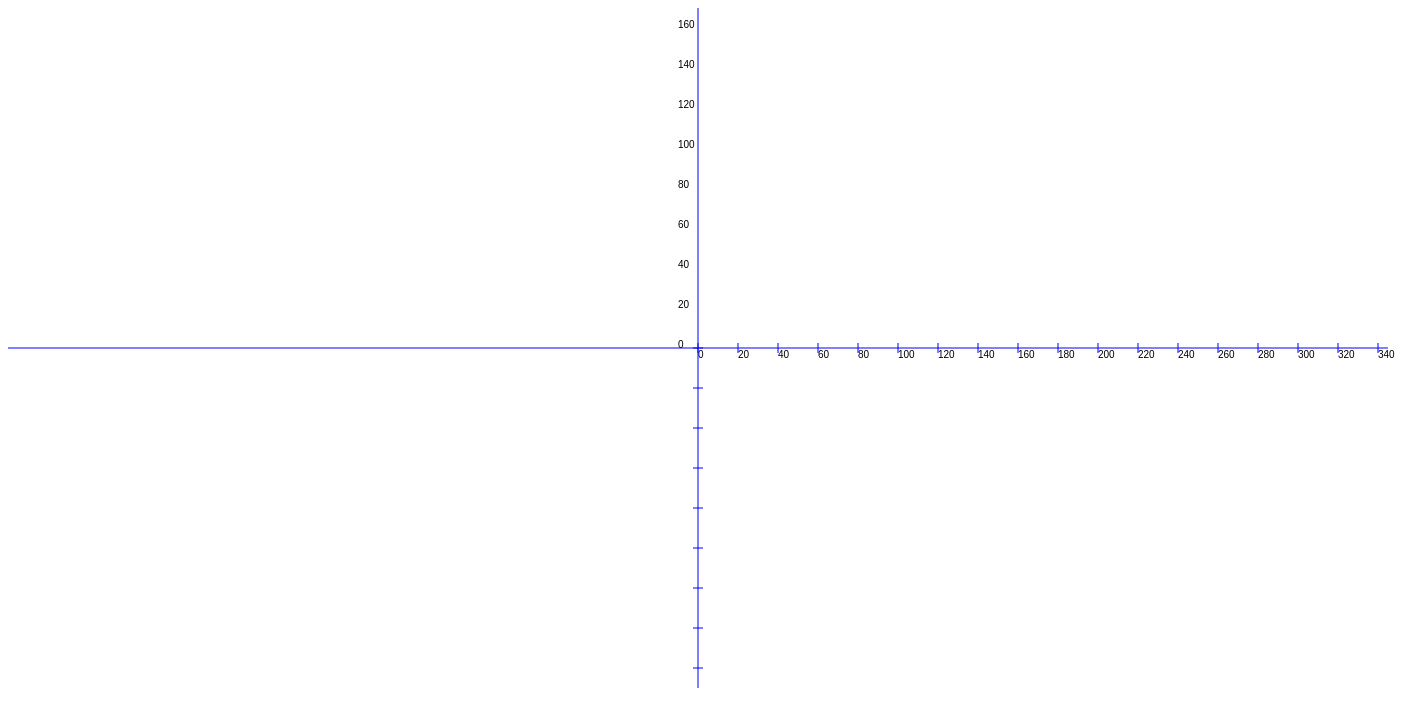
Repository: tclintaichung/book
Page: ex16/ex16_01/frame.html
These files come from the project's save history. The page is drawn as it stood at one moment and after the next save; the edit follows.
The browser window is 1280 px wide. The page is 1408 px wide, so the pictures cover 1408 px, including what lies to the right of the window. The pictures show the whole page.

Above is the page before, as saved 2025-09-27 16:14:01.

After the next save:
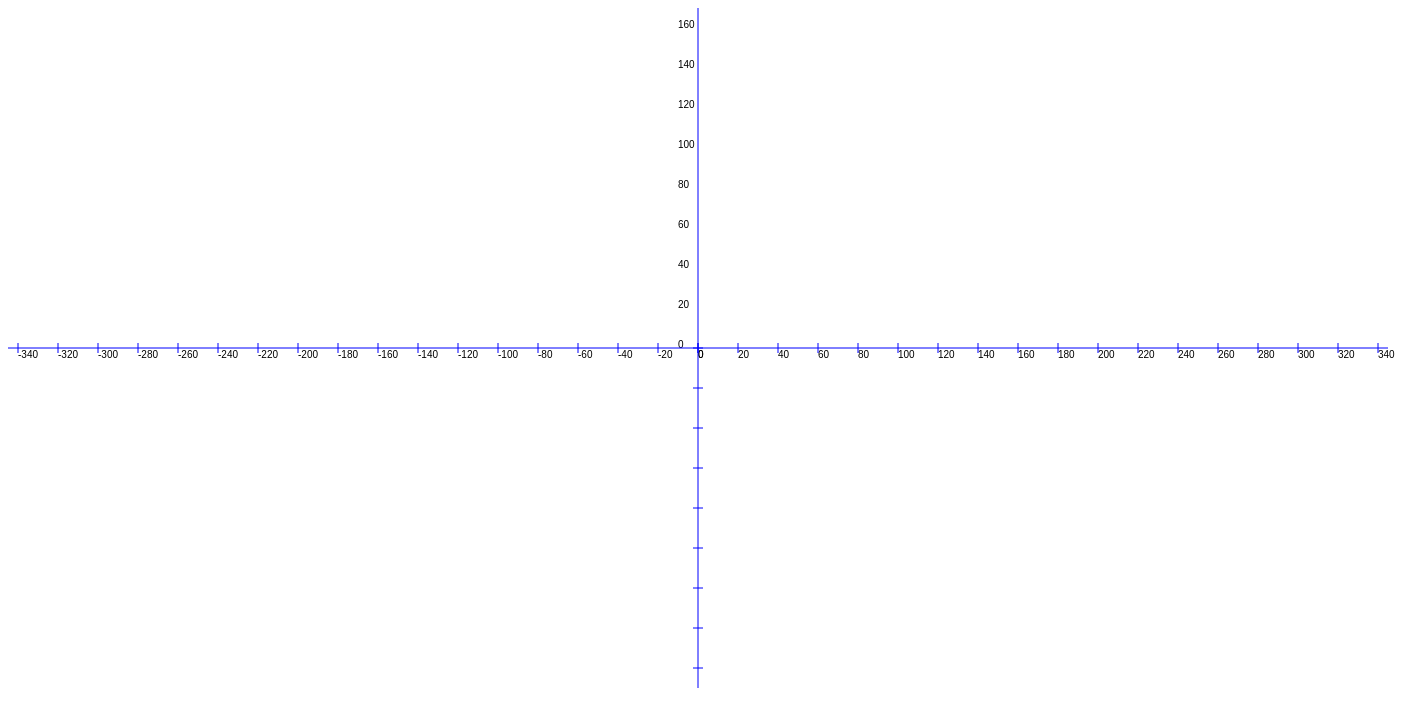
Saved 76 s later.
--- a/ex16/ex16_01/frame.html
+++ b/ex16/ex16_01/frame.html
@@ -42,6 +42,12 @@
                 ctx.lineTo(i, center_y + 5);
                 ctx.fillText(String(label_i), i, center_y + 10);
             }
+            for (let i = center_x; i >= x_min; i -= step) {
+                label_i = (i - center_x) / scale;
+                ctx.moveTo(i, center_y - 5);
+                ctx.lineTo(i, center_y + 5);
+                ctx.fillText(String(label_i), i, center_y + 10);
+            }
             for (let i = center_y; i <= y_max; i += step) {
                 label_i = (i - center_y) / scale;
                 ctx.moveTo(center_x - 5, i);
